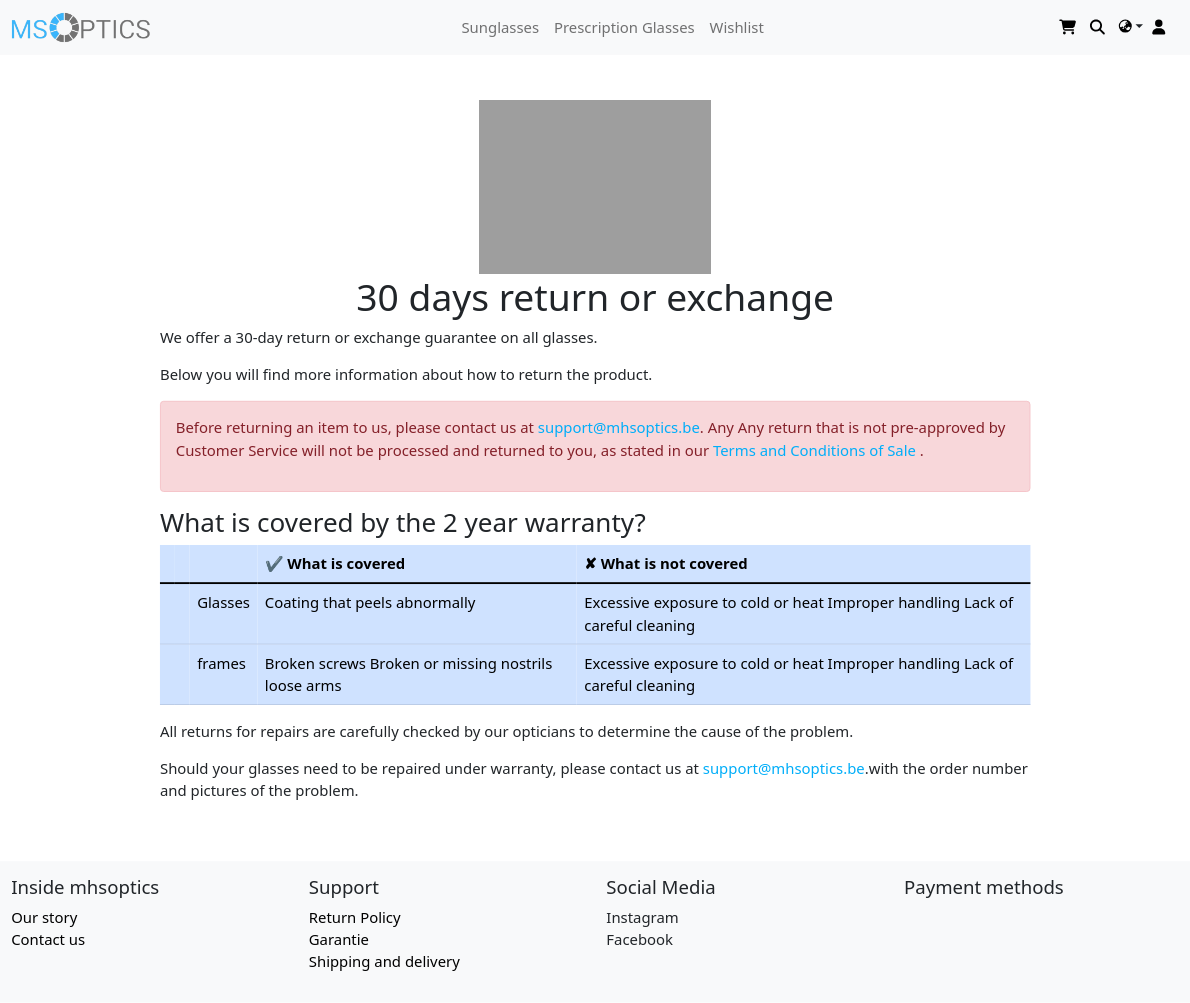
Repository: SaudCh/MERN-msOptics
Page: /returns (app in client/)
The author's editor kept a copy of each file at every save. The page is drawn from the files as they stood at one save, then again after the next save.
The browser window is 1280 px wide. The pictures show the whole page, at 93% of full size.
The page's requests for data from a server got no answer. The project was rebuilt for these pictures with package versions that can differ from the ones it lists, and the page was loaded fresh each time. No one was signed in, and anything a server would have sent is missing. Also part of the build but not shown: client/src/Routes/AuthRoute.js, client/src/Components/css/header.css, client/src/Routes/SideBarLayout.js, client/src/Routes/ProtectedRoute.js.

Above is the page before, as saved 2022-08-20 16:52:06.

After the next save:
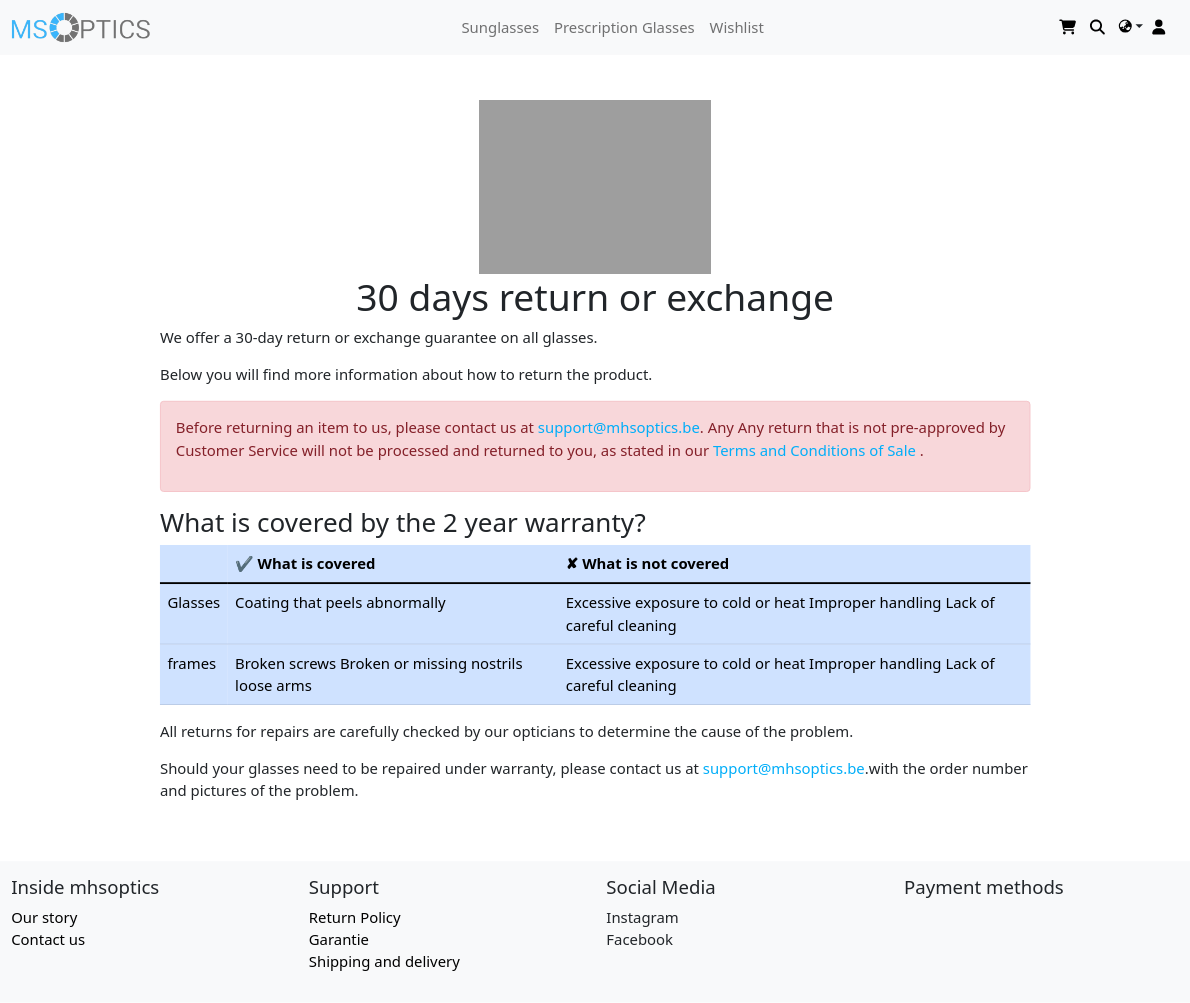
Saved 20 s later.
--- a/client/src/Pages/Support/Return.jsx
+++ b/client/src/Pages/Support/Return.jsx
@@ -39,21 +39,17 @@ export default function Return() {
               <thead>
                 <tr class="table100-head">
                   <th></th>
-                  <th></th>
-                  <th></th>
                   <th>✔ {t("covered")}</th>
                   <th>✘ {t("uncovered")}</th>
                 </tr>
               </thead>
               <tbody>
                 <tr class="table100-head">
-                  <td colSpan={2}> </td>
                   <td>{t("glasses")}</td>
                   <td>{t("covered_glasses")}</td>
                   <td>{t("uncovered_glasses")}</td>
                 </tr>
                 <tr class="table100-head">
-                  <td colSpan={2}></td>
                   <td>{t("frames")}</td>
                   <td>{t("covered_frames")}</td>
                   <td>{t("uncovered_frames")}</td>
